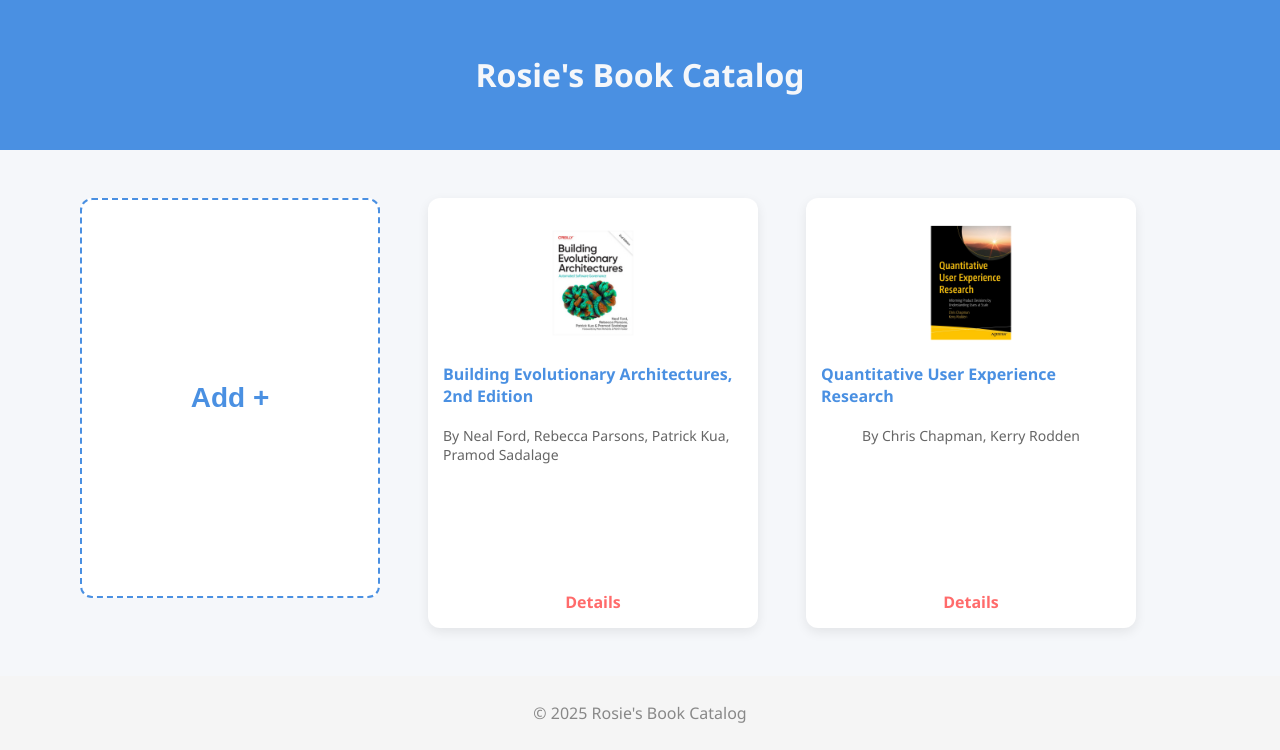
Repository: rosielee09/book-catalog
Page: /
The author's editor kept a copy of each file at every save. The page is drawn from the files as they stood at one save, then again after the next save.
The browser window is 1280 px wide. The pictures show the whole page.
The project was rebuilt for these pictures with package versions that can differ from the ones it lists, and the page was loaded fresh each time. Also part of the build but not shown: vite.config.js.

Above is the page before, as saved 2025-09-12 20:38:07.

After the next save:
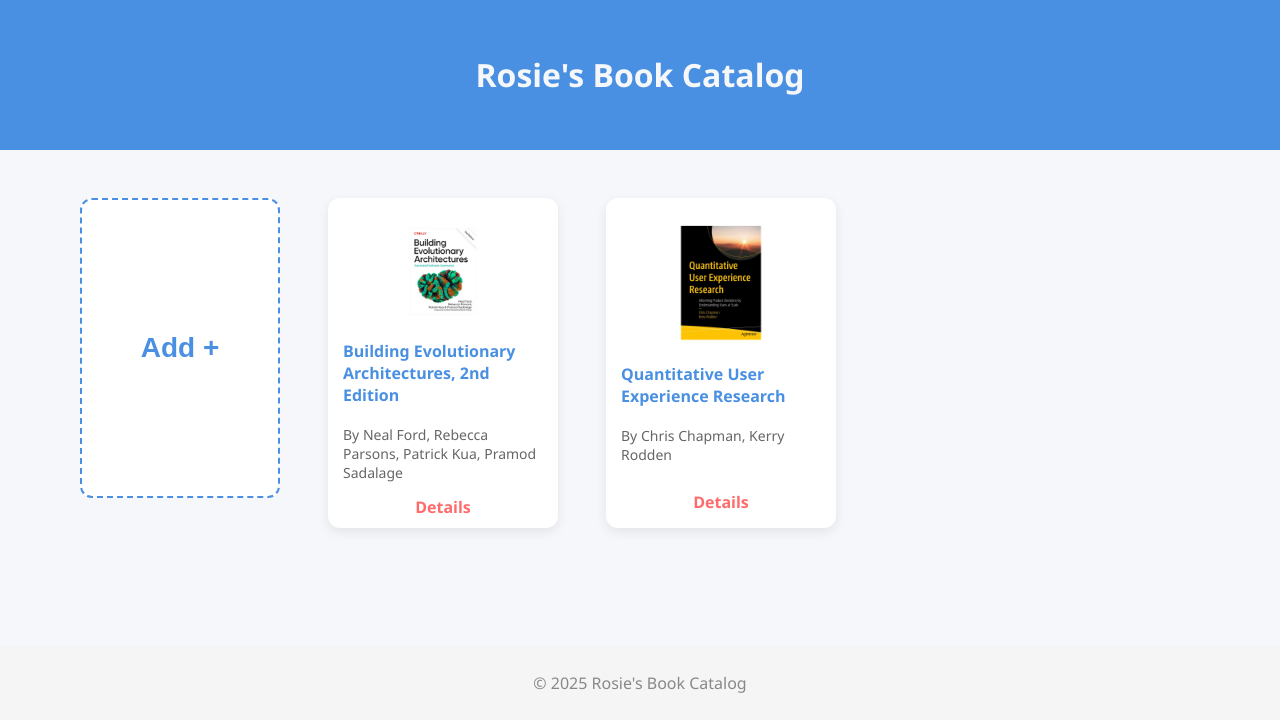
Saved 7 s later.
--- a/src/index.css
+++ b/src/index.css
@@ -6,8 +6,8 @@
 }
 
 :root {
-	--card-width: 300px;
-	--card-height: 400px;
+	--card-width: 200px;
+	--card-height: 300px;
 	--primary-color: #4a90e2;
 	--secondary-color: #f5f7fa;
 	--accent-color: #ff6b6b;
